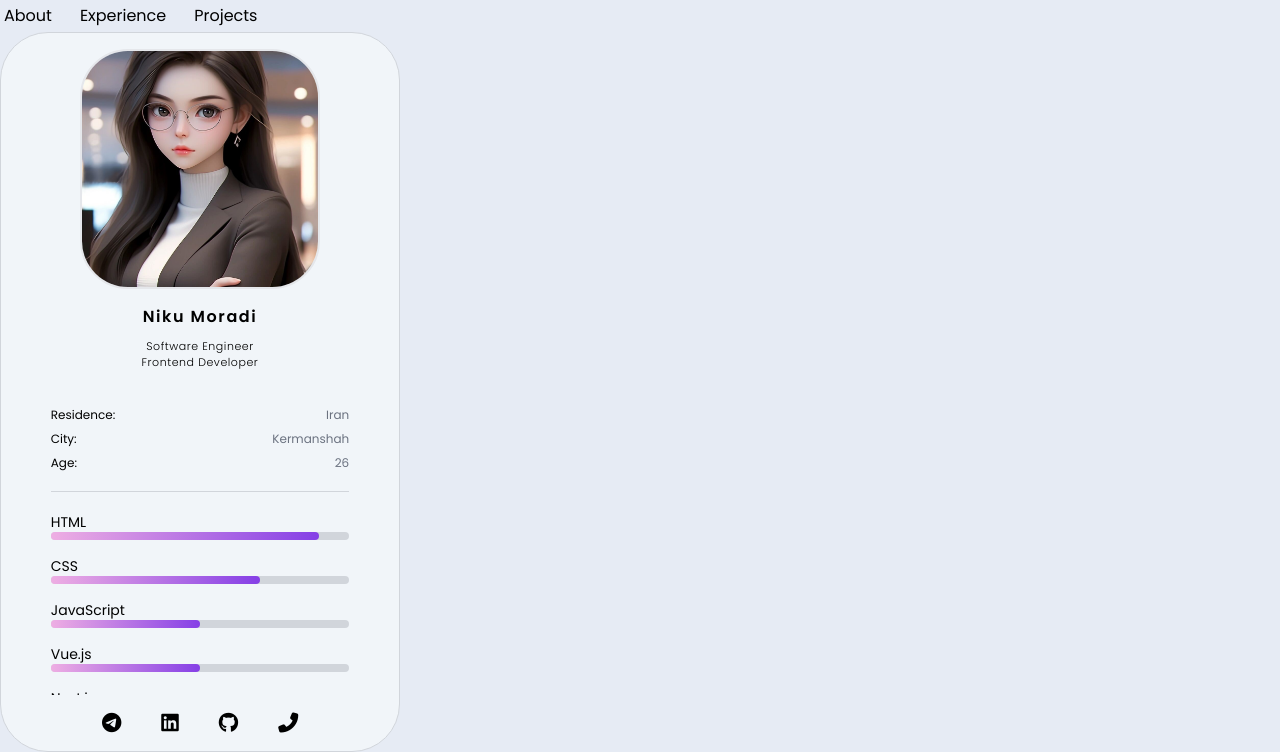
Repository: NikuMoradi/niku-moradi
Page: /
The author's editor kept a copy of each file at every save. The page is drawn from the files as they stood at one save, then again after the next save.
The browser window is 1280 px wide. The pictures show the whole page.
The project was rebuilt for these pictures with package versions that can differ from the ones it lists, and the page was loaded fresh each time. The framework's server and built-in components were replaced by stand-ins that run in the browser. Also part of the build but not shown: nuxt.config.ts, components/Blog Posts/Component-Design.vue, components/Blog.vue, components/Contact.vue, components/Education.vue, components/Experience.vue, components/Hero.vue, components/Menu.vue and 3 more.

Above is the page before, as saved 2024-11-30 19:42:09.
Console error: TypeError: Cannot read properties of null (reading 'tagName')

After the next save:
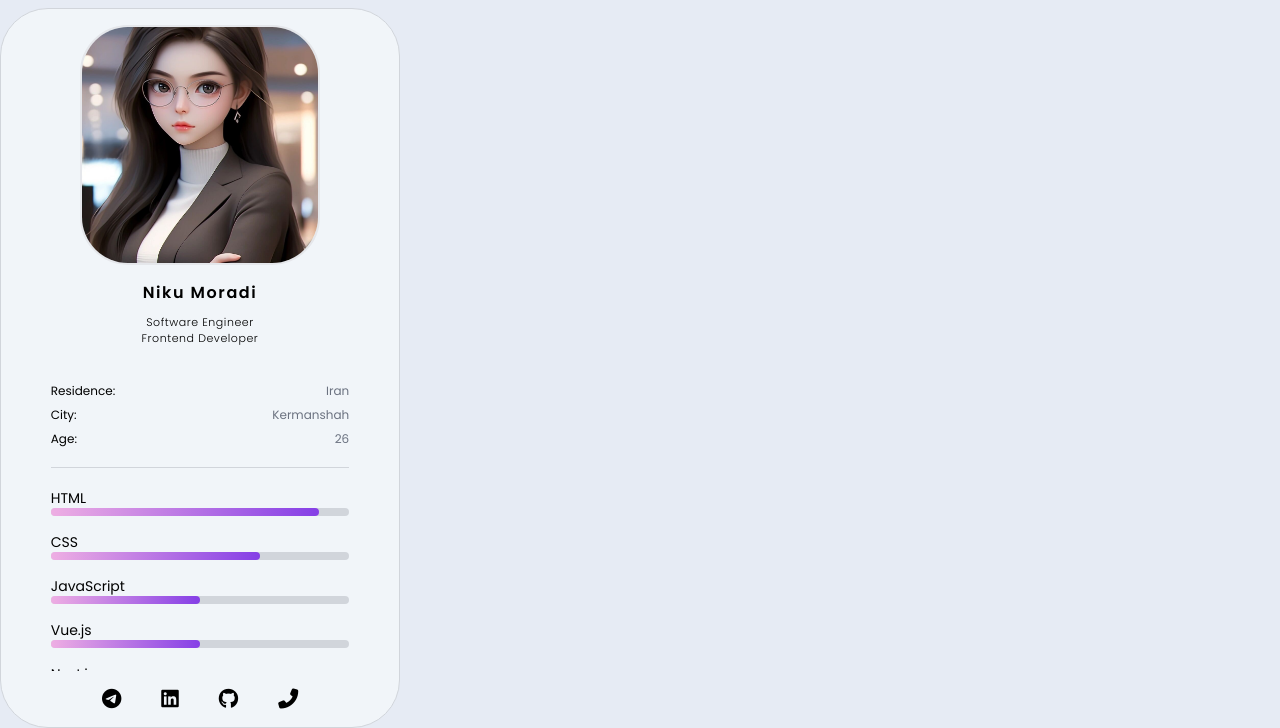
Saved 61 s later.
--- a/components/Navbar.vue
+++ b/components/Navbar.vue
@@ -1,13 +1,6 @@
 <template>
   <div class="flex items-center px-1 py-1 rounded-lg space-x-7">
     <!-- About -->
-    <NuxtLink to="/about"> About </NuxtLink>
-
-    <!-- Experience -->
-    <NuxtLink to="/experience"> Experience </NuxtLink>
-
-    <!-- Projects -->
-    <NuxtLink to="/projects"> Projects </NuxtLink>
 
     <!-- Blog -->
   </div>

After the save that followed:
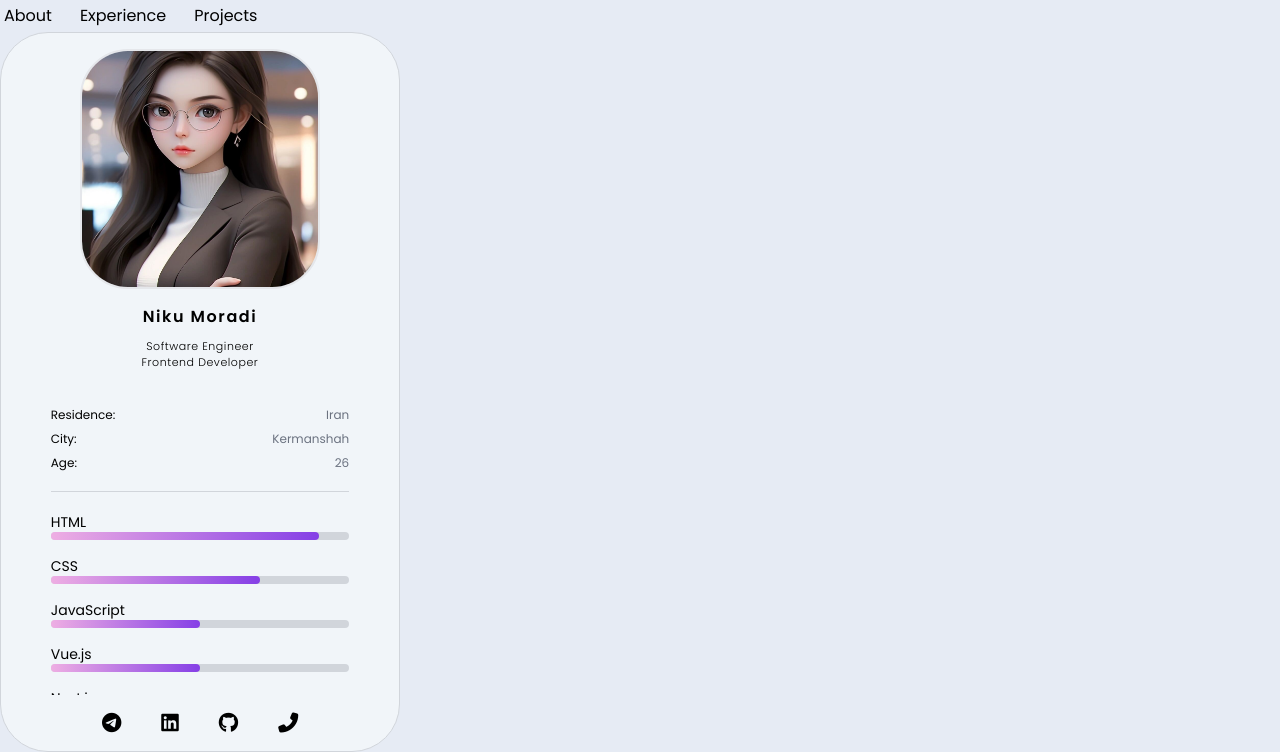
Saved 9 s later.
--- a/components/Navbar.vue
+++ b/components/Navbar.vue
@@ -1,6 +1,13 @@
 <template>
   <div class="flex items-center px-1 py-1 rounded-lg space-x-7">
     <!-- About -->
+    <NuxtLink to="/about"> About </NuxtLink>
+
+    <!-- Experience -->
+    <NuxtLink to="/experience"> Experience </NuxtLink>
+
+    <!-- Projects -->
+    <NuxtLink to="/projects"> Projects </NuxtLink>
 
     <!-- Blog -->
   </div>
